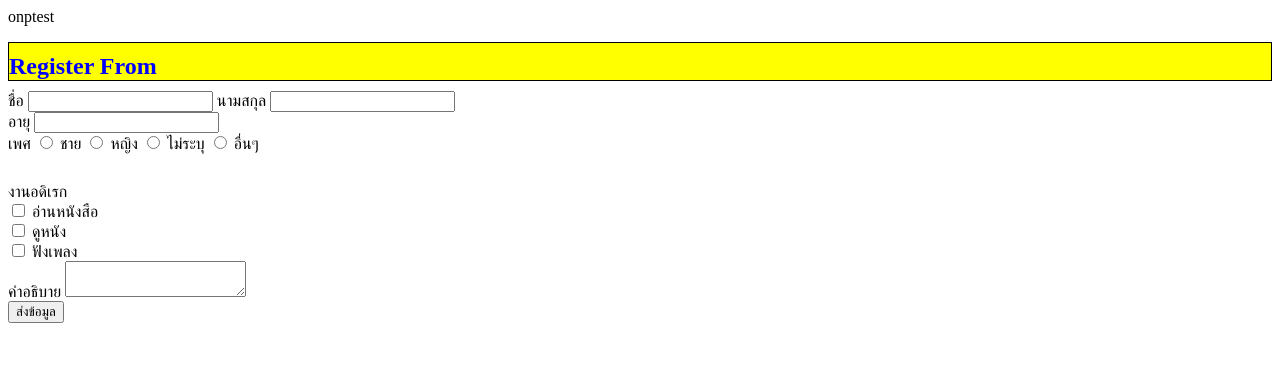
Repository: Onpreeya1/241-2567-820-
Page: index.html
An editor plug-in stored every save of this project. The page is shown before and after a run of saves, followed by the edit.
The browser window is 1280 px wide. The pictures show the whole page.

Above is the page before, as saved 2024-12-21 15:12:53.

After the next 2 saves:
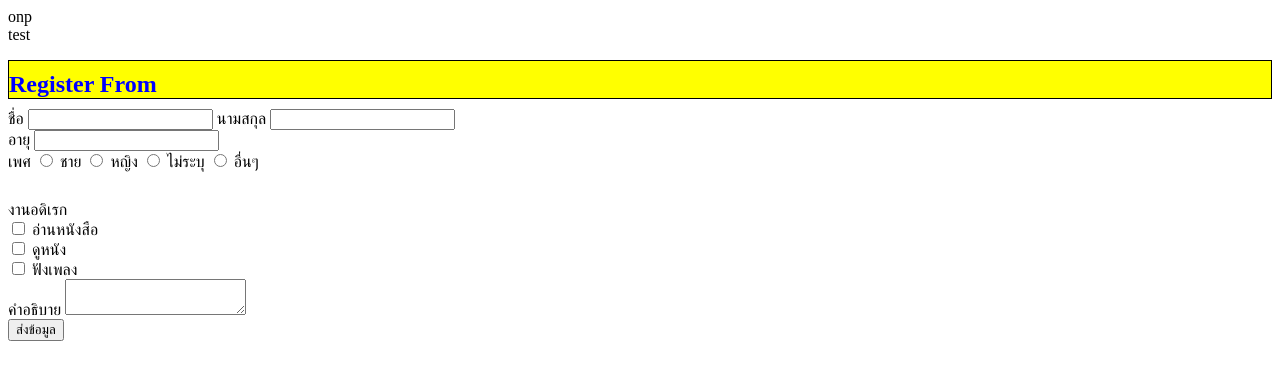
The 2 saves are shown as one change because they came seconds apart.
The last was saved 7 s later.
--- a/index.html
+++ b/index.html
@@ -34,7 +34,7 @@
 
         }
         .right{
-            float: left;
+            float: light;
         }
     </style>
 </head>

After the 6 saves that followed:
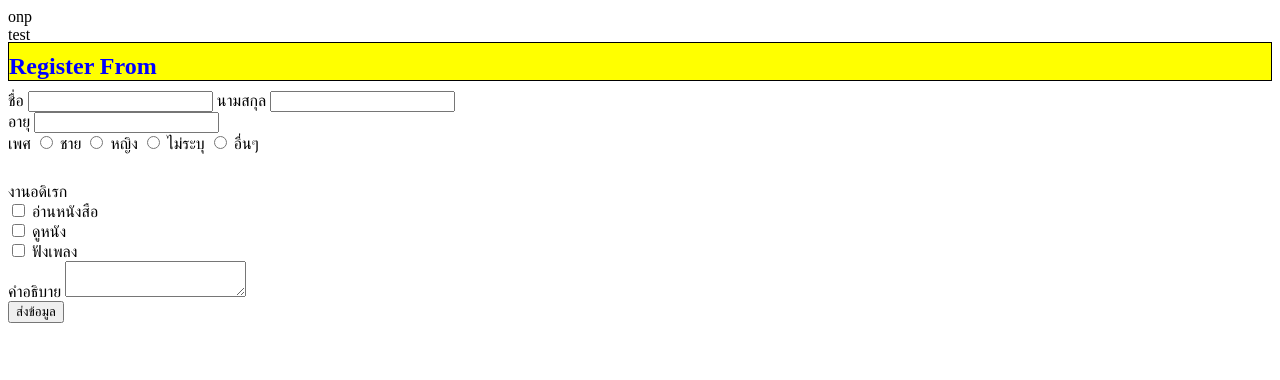
The 6 saves are shown as one change because 1 left the picture as it was and some came seconds apart.
The last was saved 17 s later.
--- a/index.html
+++ b/index.html
@@ -31,7 +31,7 @@
             flex-direction: row-reverse;
         }
         .left{
-
+float:left
         }
         .right{
             float: light;
